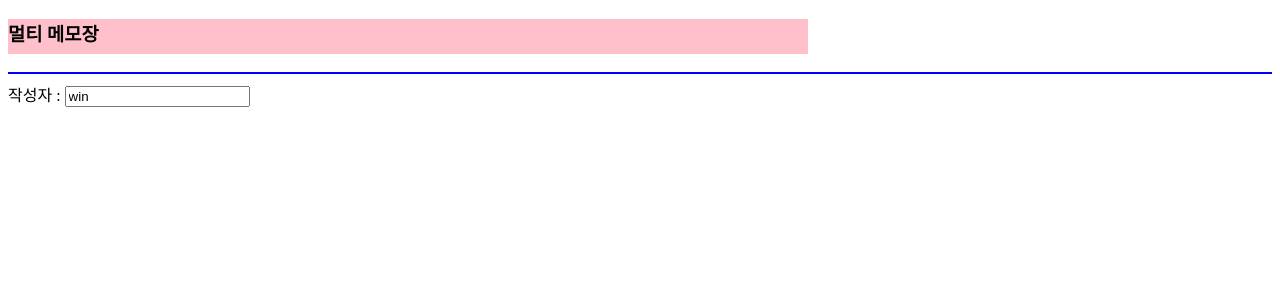
Repository: JayMon0327/Multicampus
Page: http://localhost/SpringMongoDB/mongo_memo.jsp
These files come from the project's save history. The page is drawn as it stood at one moment and after the next save; the edit follows.
The browser window is 1280 px wide. The pictures show the whole page.
The page is served by Tomcat 9. Nobody is signed in. The application's start-up code is not run.

Above is the page before, as saved 2022-12-15 00:38:19.

After the next save:
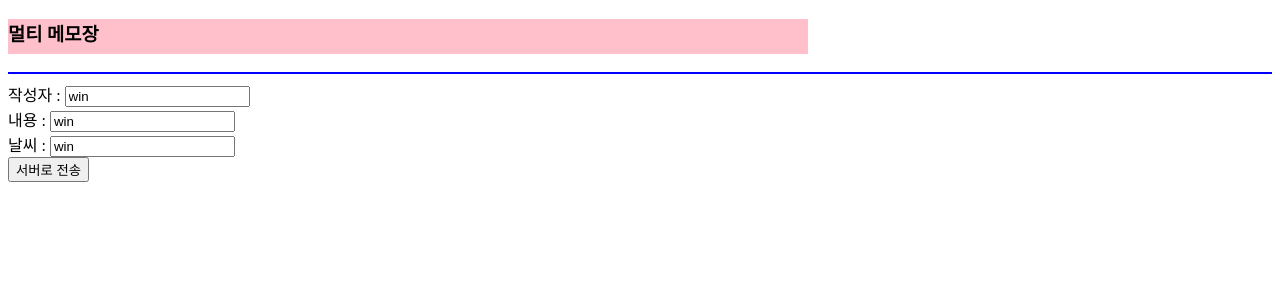
Saved 44 s later.
--- a/SpringMongoDB/src/main/webapp/mongo_memo.jsp
+++ b/SpringMongoDB/src/main/webapp/mongo_memo.jsp
@@ -17,7 +17,10 @@
 <h3>멀티 메모장</h3>
 <hr color="blue">
 	<form action="">
-		작성자 : <input name="name" value="win">
+		작성자 : <input name="name" value="win"><br>
+		내용 : <input name="content" value="win"><br>
+		날씨 : <input name="weather" value="win"><br>
+		<button>서버로 전송</button>
 	</form>
 </body>
 </html>
